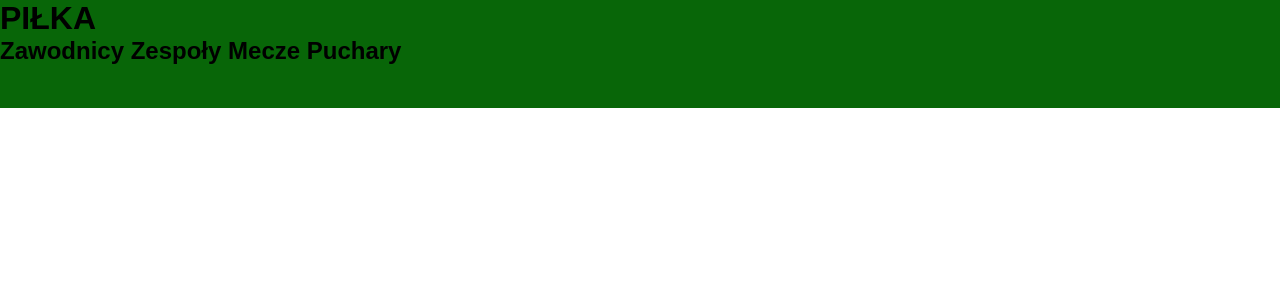
Repository: ZABA78/PAZW
Page: index.html
The author's editor kept a copy of each file at every save. The page is drawn from the files as they stood at one save, then again after the next save.
The browser window is 1280 px wide. The pictures show the whole page.
Some web fonts or font styles are not loaded; a fallback is used.

Above is the page before, as saved 2023-10-17 14:00:35.

### index.html
<!DOCTYPE html>
<html lang="en">
<head>
    <meta charset="UTF-8">
    <meta http-equiv="X-UA-Compatible" content="IE=edge">
    <meta name="viewport" content="width=device-width, initial-scale=1.0">
    <link rel="stylesheet" href="style.css">
    <title>Piłka</title>
    <style>
        @import url('https://fonts.googleapis.com/css2?family=Tilt+Neon&display=swap');
        </style>
</head>
<body>
    <header>
        <!--<img src="pilka.png" alt="logo" class = "logo">--><h1>PIŁKA</h1>
        <nav>
            <h2>Zawodnicy
            Zespoły
            Mecze
            Puchary</h2>
        </nav>
    </header>
</body>
</html>

### style.css
*
{
    font-family: 'Tilt Neon', sans-serif;
    margin:0;
    padding: 0;
    box-sizing: border-box;
}
.logo
{
    height: 100vh;

}
h1
{
    padding 10px;
}
header
{
    background-color: rgb(8, 102, 8);
    height: 15vh;


}
h2
{

}

After the next save:
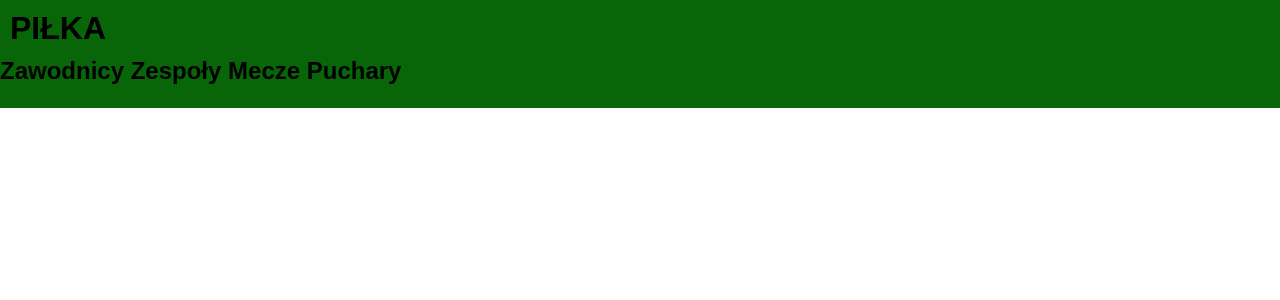
Saved 4 s later.
--- a/style.css
+++ b/style.css
@@ -12,7 +12,7 @@
 }
 h1
 {
-    padding 10px;
+    padding: 10px;
 }
 header
 {
